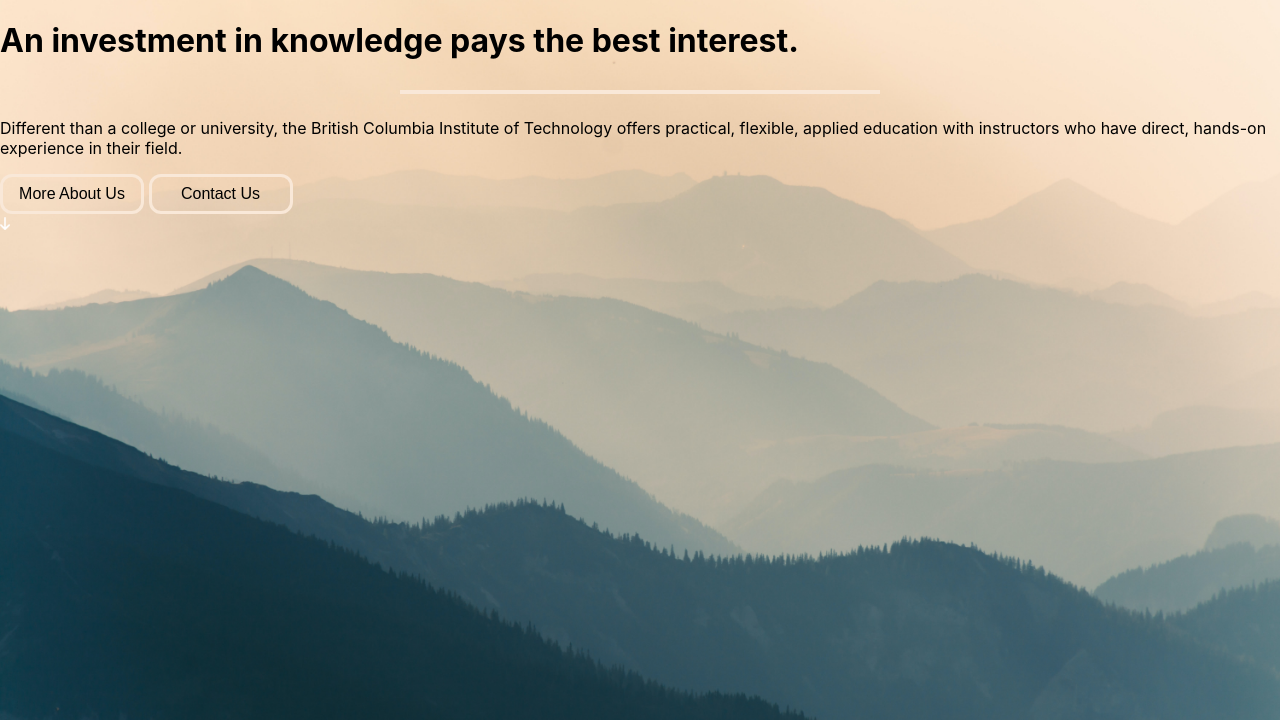
Repository: SaraShio/A01314209_Sara_Shiojima
Page: /
The author's editor kept a copy of each file at every save. The page is drawn from the files as they stood at one save, then again after the next save.
The browser window is 1280 px wide. The pictures show the whole page.
The project was rebuilt for these pictures with package versions that can differ from the ones it lists, and the page was loaded fresh each time. The framework's server and built-in components were replaced by stand-ins that run in the browser. Also part of the build but not shown: next.config.js.

Above is the page before, as saved 2023-02-07 22:44:56.

After the next save:
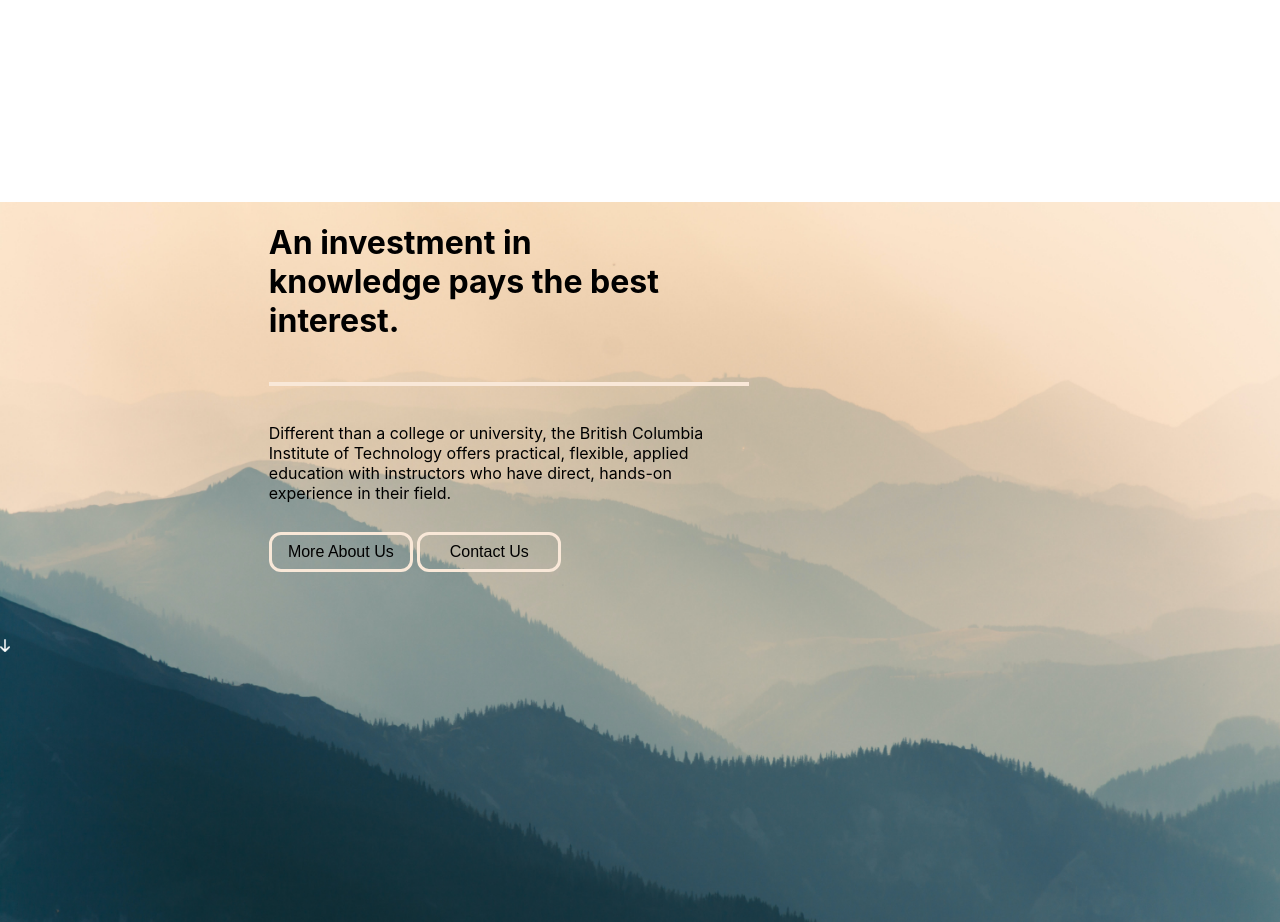
Saved 2 min 51 s later.
--- a/styles/Home.module.css
+++ b/styles/Home.module.css
@@ -11,9 +11,10 @@
 
 
 .content{
+    margin:28vh 45vw 5vw 21vw;
     display: flex;
     flex-direction: column;
-    align-items: left;
+    gap:1vw;
 }
 
 .button{

After the save that followed:
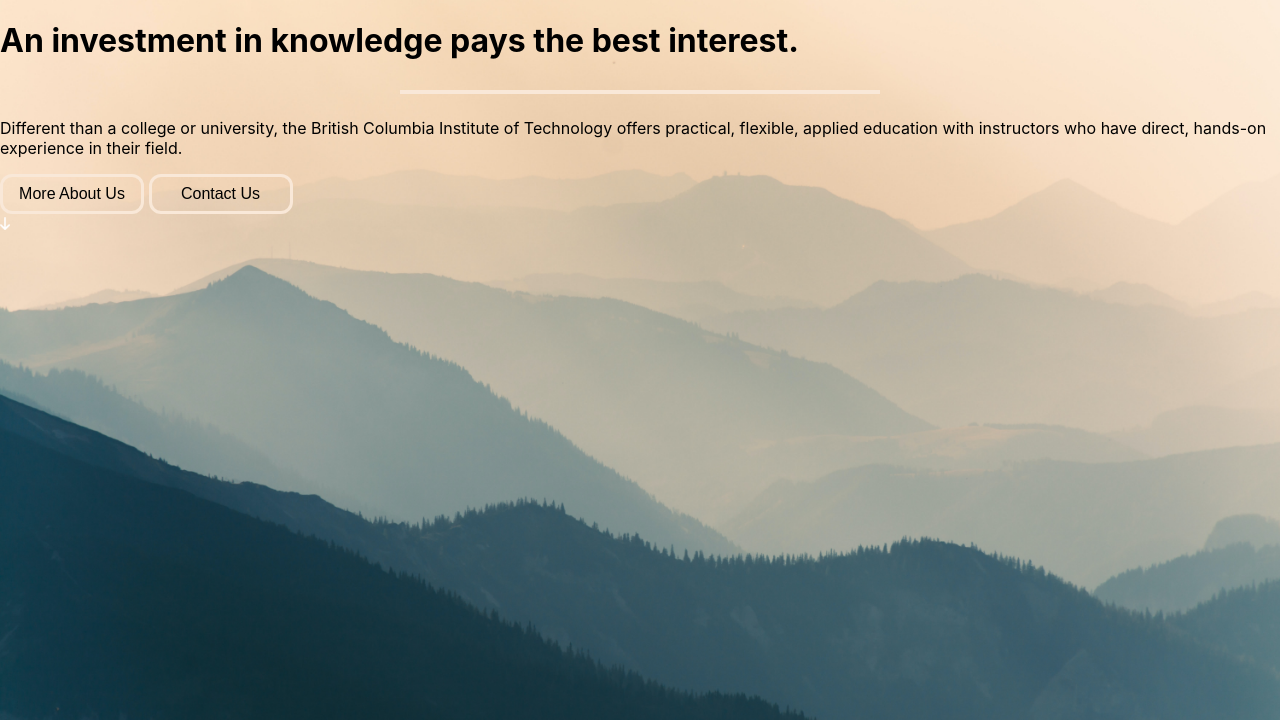
Saved 14 s later.
--- a/styles/Home.module.css
+++ b/styles/Home.module.css
@@ -11,10 +11,9 @@
 
 
 .content{
-    margin:28vh 45vw 5vw 21vw;
     display: flex;
     flex-direction: column;
-    gap:1vw;
+    align-items: left;
 }
 
 .button{
